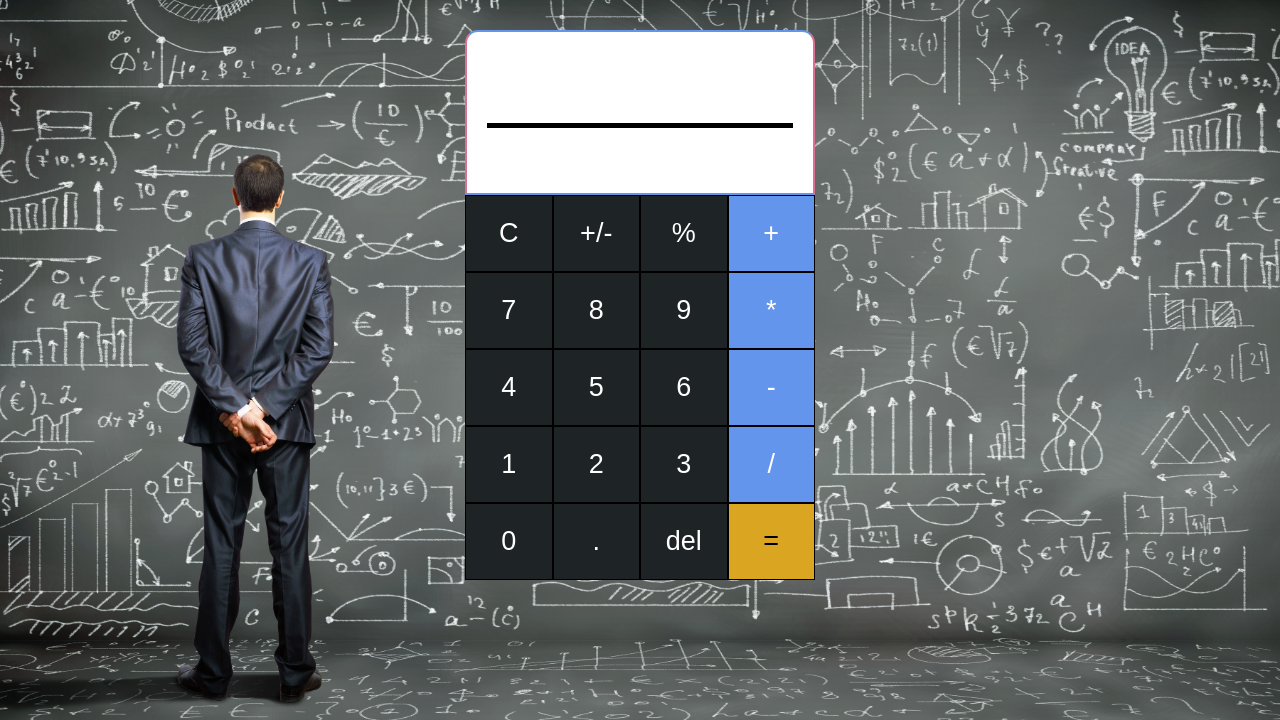
Repository: OfirLana/Calculator
Page: index.html
An editor plug-in stored every save of this project. The page is shown before and after a run of saves, followed by the edit.
The browser window is 1280 px wide. The pictures show the whole page.

Above is the page before, as saved 2019-03-18 16:13:47.

### index.html
<!DOCTYPE html>
<html lang="en">

<head>
    <meta charset="UTF-8">
    <meta name="viewport" content="width=device-width, initial-scale=1.0">
    <meta http-equiv="X-UA-Compatible" content="ie=edge">
    <link href="https://fonts.googleapis.com/css?family=Lato:100,300,400,700,900" rel="stylesheet">
    <title>Document</title>
    <link rel="stylesheet" href="style.css">
</head>

<body>

    <div class="calculator">
        <div class="output_box">
            <div class="main_output" ></div>
            <div class="sub_output"></div>
        </div>


        <div class="opeartor_box">
            <button class="btn dlt">C</button>
            <button class="btn">+/-</button>
            <button class="btn ">%</button>
            <button class="btn op">+</button>
            <button class="btn">7</button>
            <button class="btn">8</button>
            <button class="btn">9</button>
            <button class="btn op">*</button>
            <button class="btn">4</button>
            <button class="btn">5</button>
            <button class="btn">6</button>
            <button class="btn op">-</button>
            <button class="btn">1</button>
            <button class="btn">2</button>
            <button class="btn">3</button>
            <button class="btn op">/</button>
            <button class="btn">0</button>
            <button class="btn">.</button>
            <button class="btn">del</button>
            <button class="btn sum">=</button>


        </div>








    </div>
    <script src="index.js"></script>
</body>

</html>

### style.css
* {
    margin: 0;
    padding: 0;
    box-sizing: border-box;
}

html {
    font-size: 62.5%;
}

body {
    font-family: "Lato", sans-serif;
    font-size: 1.6rem;
    color: #777;
    padding: 3rem 0px 0px 0px;
    /* background: cadetblue; */
    background:url(img/math2.jpg);
    background-size: cover;

}



.calculator {
    display: flex;
    flex-direction: column;
    margin: 0 auto;
    width: 35rem;
    height: 55rem;
    /* border: 1px solid red; */
    border-radius: 5px;
}

.output_box {
    display: flex;
    flex-direction: column;
    flex-basis: 30%;
    border: 2px solid cornflowerblue;
    border-radius: 13px 13px 0px 0px;
    border-right: 2px solid palevioletred;
    border-left: 2px solid palevioletred;
    width: 100%;
    justify-content: space-between;
    padding:0px 20px;
    background:white;
    color:black;
    font-size:19px;
}

.main_output {
    display: flex;
    /* border: 1px solid blue; */
    height: 9rem;
    justify-content: center;
    align-items:center;
    /* background:blue; */
  /* border:1px solid tomato; */
    width:100%;
    /* background:blue; */
    text-align:end;
    overflow: hidden;

}






.sub_output {
    display: flex;
    font-size: 4rem;
    font-weight: 700;
    /* border: 1px solid salmon; */
    height: 7rem;
    /* background:red; */

    justify-content: center;
    align-items: center;
    overflow: hidden;
    border-top:5px solid black;
    /* background:tomato; */
}

.opeartor_box{
    display:flex;
    /* flex-direction: column; */
    flex-wrap:wrap;
    width:100%;
    /* border:5px solid purple; */
    flex-basis:70%;
}

.btn{
    width:25%;
    height:20%;
    background:#1E2326;
    border: 1px solid black;
    color:white;
    font-size:27px;
    font-weight:100;
    cursor: pointer;
}

.btn:active{
    background: salmon;
    border:1px solid black;
}
.btn:hover{
    opacity:0.8;
}
.op {
    background:cornflowerblue;
}

.sum{
    background:goldenrod;
    color:black;
}

Loaded but not shown: index.js (no copy from this time; the picture is the same without it)

After the next 2 saves:
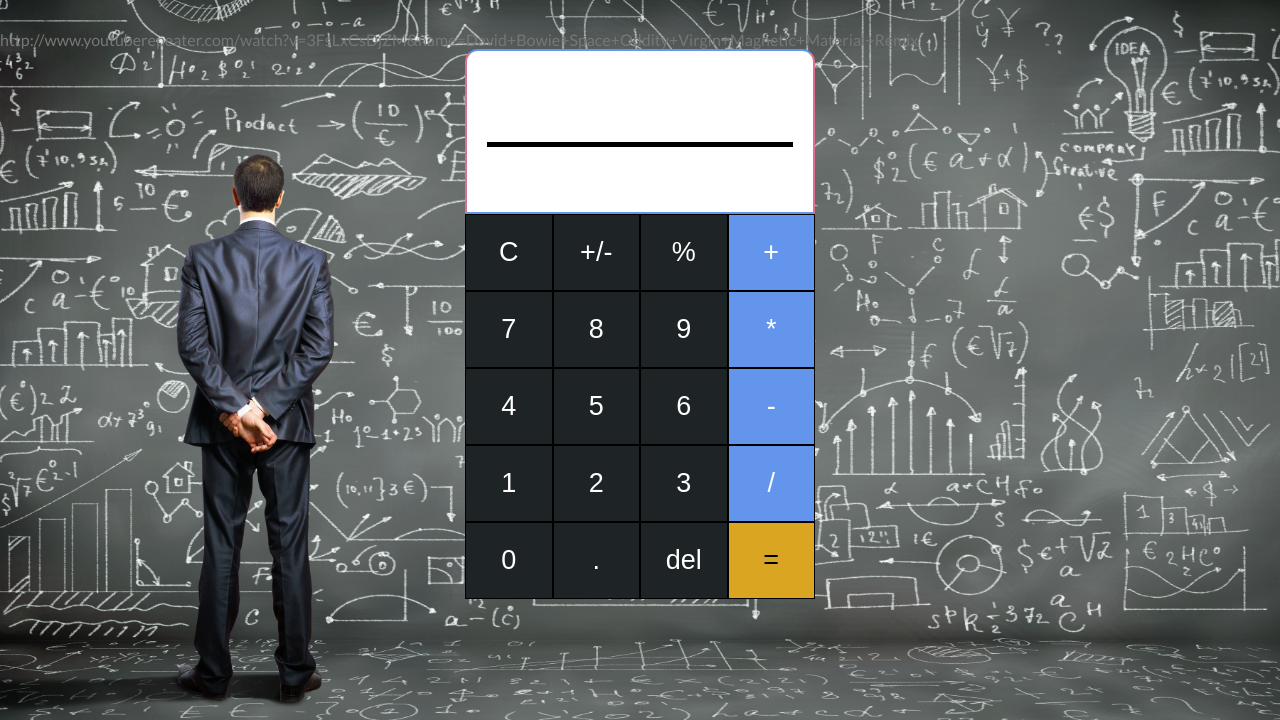
The 2 saves are shown as one change because they came seconds apart.
The last was saved 2 h 14 min later.
--- a/index.html
+++ b/index.html
@@ -9,12 +9,13 @@
     <title>Document</title>
     <link rel="stylesheet" href="style.css">
 </head>
+http://www.youtuberepeater.com/watch?v=3FsLxCsDjZM&name=David+Bowie+Space+Oddity+Virgin+Magnetic+Material+Remix
 
 <body>
 
     <div class="calculator">
         <div class="output_box">
-            <div class="main_output" ></div>
+            <div class="main_output"></div>
             <div class="sub_output"></div>
         </div>
 

After the 2 saves that followed:
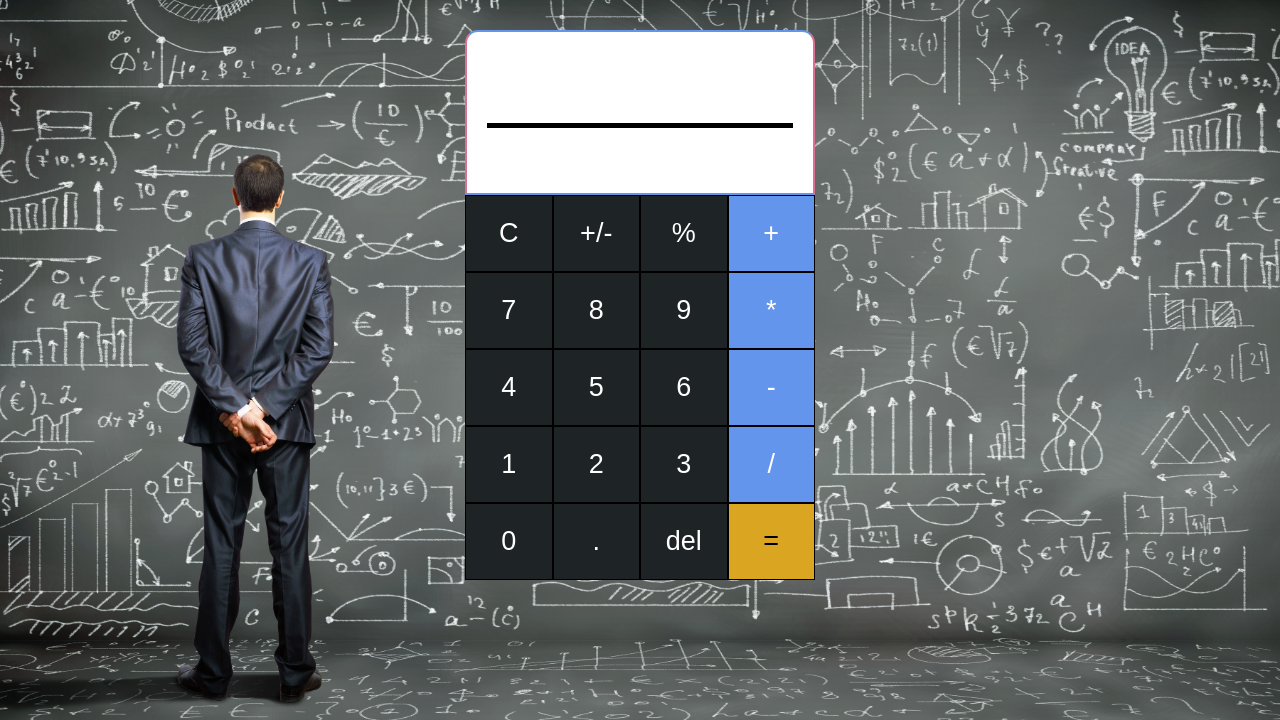
The 2 saves are shown as one change because they came seconds apart.
The last was saved 6 s later.
--- a/index.html
+++ b/index.html
@@ -9,13 +9,12 @@
     <title>Document</title>
     <link rel="stylesheet" href="style.css">
 </head>
-http://www.youtuberepeater.com/watch?v=3FsLxCsDjZM&name=David+Bowie+Space+Oddity+Virgin+Magnetic+Material+Remix
 
 <body>
 
     <div class="calculator">
         <div class="output_box">
-            <div class="main_output"></div>
+            <div class="main_output" ></div>
             <div class="sub_output"></div>
         </div>
 
